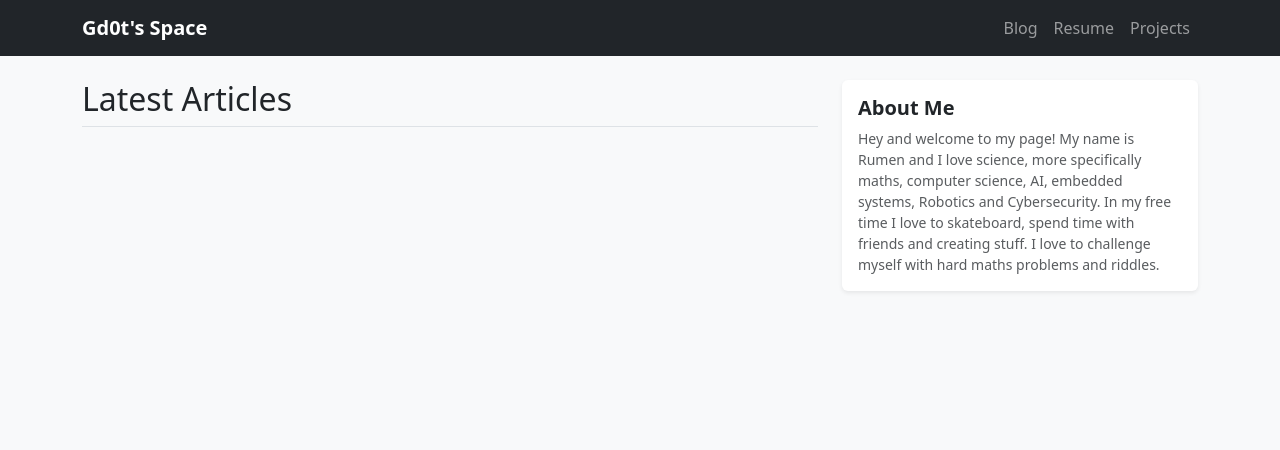
Repository: gd0t/gd0t-blog
Page: http://localhost/index
An editor plug-in stored every save of this project. The page is shown before and after the next save, followed by the edit.
The browser window is 1280 px wide. The pictures show the whole page.
The page is this project's Thymeleaf template; nobody is signed in. The template is opened directly, without the code that normally fills it, so the values that code supplies are empty.

Above is the page before, as saved 2026-06-03 16:21:51.

### gd0t/src/main/resources/templates/index.html
<!DOCTYPE html>
<html xmlns:th="http://www.thymeleaf.org" lang="en">

<head th:replace="~{fragments :: head('Home | My Website')}">
<link rel="stylesheet" href="../static/css/style.css">
</head>

<body class="bg-light">
    <nav th:replace="~{fragments :: navbar}"></nav>

    <div class="container">
        <div class="row">
            <div class="col-lg-8">
                <h2 class="mb-4 pb-2 border-bottom">Latest Articles</h2>

                <div th:each="post : ${posts}" class="card mb-4 shadow-sm border-0">
                    <div class="card-body">
                        <h4 class="card-title fw-bold" th:text="${post.title}">Title</h4>
                        <p class="text-muted small mb-3" th:text="${#temporals.format(post.createdAt, 'MMMM dd, yyyy')}">Date</p>
                        <p class="card-text" th:text="${#strings.abbreviate(post.content, 150)}">Content...</p>
                        <a th:href="@{/post/{id}(id=${post.id})}" class="text-primary text-decoration-none fw-bold">Read More &rarr;</a>
                    </div>
                </div>
            </div>

            <div class="col-lg-4">
                <div class="card mb-4 shadow-sm border-0">
                    <div class="card-body">
                        <h5 class="card-title fw-bold">About Me</h5>
                        <p class="card-text text-muted small">
                        	Hey and welcome to my page! My name is Rumen and I love science, more specifically
                        	maths, computer science, AI, embedded systems, Robotics and Cybersecurity. In my free time I love to skateboard,
                        	spend time with friends and creating stuff. I love to challenge myself with hard maths problems and riddles.
                        </p>
                    </div>
                </div>
            </div>
        </div>
    </div>

</body>
</html>

### gd0t/src/main/resources/templates/fragments.html
<!DOCTYPE html>
<html xmlns:th="http://www.thymeleaf.org" xmlns:sec="http://www.thymeleaf.org/extras/spring-security" lang="en">

<head th:fragment="head(pageTitle)">
    <meta charset="UTF-8">
    <meta name="viewport" content="width=device-width, initial-scale=1">
    <title th:text="${pageTitle}">DevBlog</title>
    <link href="https://cdn.jsdelivr.net/npm/bootstrap@5.3.2/dist/css/bootstrap.min.css" rel="stylesheet">
</head>

<body>

<nav th:fragment="navbar" class="navbar navbar-expand-lg navbar-dark bg-dark mb-4">
    <div class="container">
        <a class="navbar-brand fw-bold" href="/">Gd0t's Space</a>
        <button class="navbar-toggler" type="button" data-bs-toggle="collapse" data-bs-target="#navbarNav">
            <span class="navbar-toggler-icon"></span>
        </button>
        <div class="collapse navbar-collapse" id="navbarNav">
            <ul class="navbar-nav ms-auto">
                <li class="nav-item"><a class="nav-link" href="/">Blog</a></li>
                <li class="nav-item"><a class="nav-link" href="/resume">Resume</a></li>
                <li class="nav-item"><a class="nav-link" href="/projects">Projects</a></li>

                <li class="nav-item ms-lg-3" sec:authorize="isAuthenticated()">
                    <a class="btn btn-primary btn-sm mt-1" th:href="@{/new}">Write Post</a>
                </li>
                <li class="nav-item ms-lg-2" sec:authorize="isAuthenticated()">
                    <form th:action="@{/logout}" method="post" class="d-inline">
                        <button type="submit" class="btn btn-outline-light btn-sm mt-1">Logout</button>
                    </form>
                </li>
            </ul>
        </div>
    </div>
</nav>

<div th:fragment="scripts">
    <script src="https://cdn.jsdelivr.net/npm/bootstrap@5.3.2/dist/js/bootstrap.bundle.min.js"></script>
</div>
</body>
</html>

After the next save:
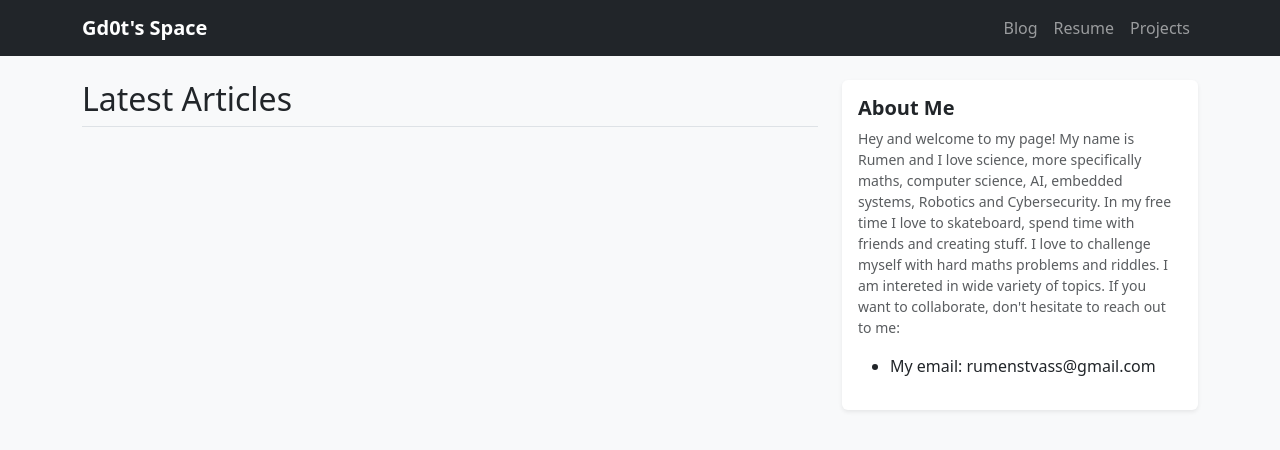
Saved 2 min 19 s later.
--- a/gd0t/src/main/resources/templates/index.html
+++ b/gd0t/src/main/resources/templates/index.html
@@ -30,8 +30,14 @@
                         <p class="card-text text-muted small">
                         	Hey and welcome to my page! My name is Rumen and I love science, more specifically
                         	maths, computer science, AI, embedded systems, Robotics and Cybersecurity. In my free time I love to skateboard,
-                        	spend time with friends and creating stuff. I love to challenge myself with hard maths problems and riddles.
+                        	spend time with friends and creating stuff. I love to challenge myself with hard maths problems and riddles. I am intereted in
+                        	wide variety of topics. If you want to collaborate, don't hesitate to reach out to me:
                         </p>
+
+                        <ul>
+                        	<li>My email: rumenstvass@gmail.com</li>
+                        </ul>
+
                     </div>
                 </div>
             </div>
